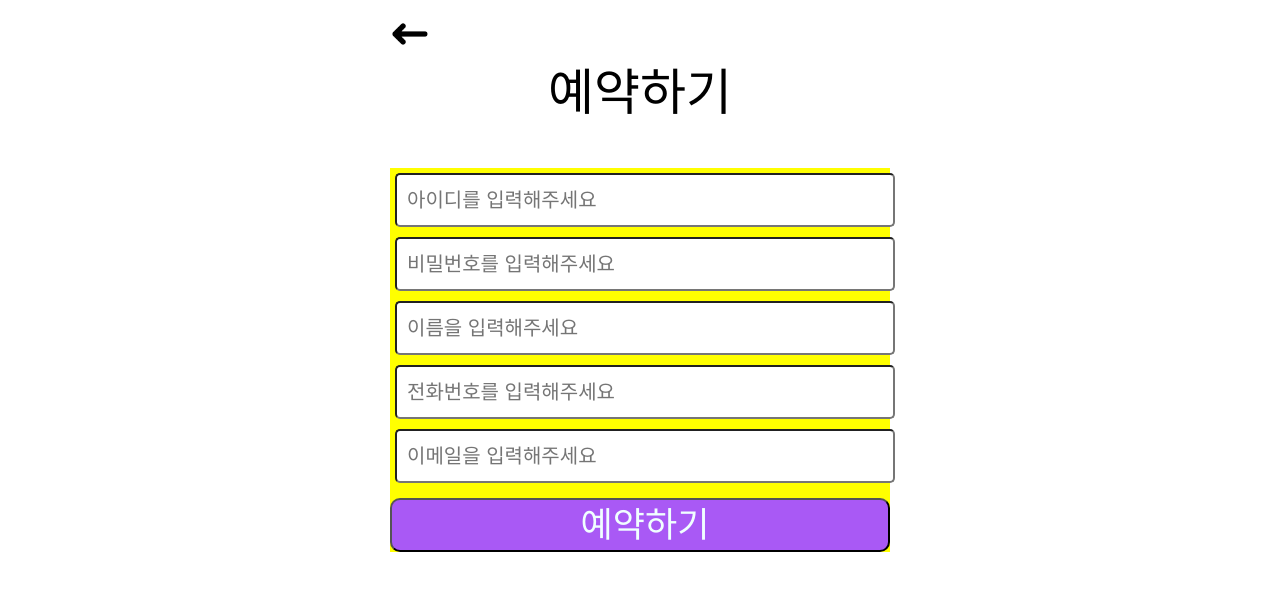
Repository: jaehunjeong4103/WebProject
Page: http://localhost/Web/view/reservation/reservation
These files come from the project's save history. The page is drawn as it stood at one moment and after the next save; the edit follows.
The browser window is 1280 px wide. The pictures show the whole page.
Some web fonts or font styles are not loaded; a fallback is used. The page is served by Tomcat 9.

Above is the page before, as saved 2023-06-06 01:18:22.

After the next save:
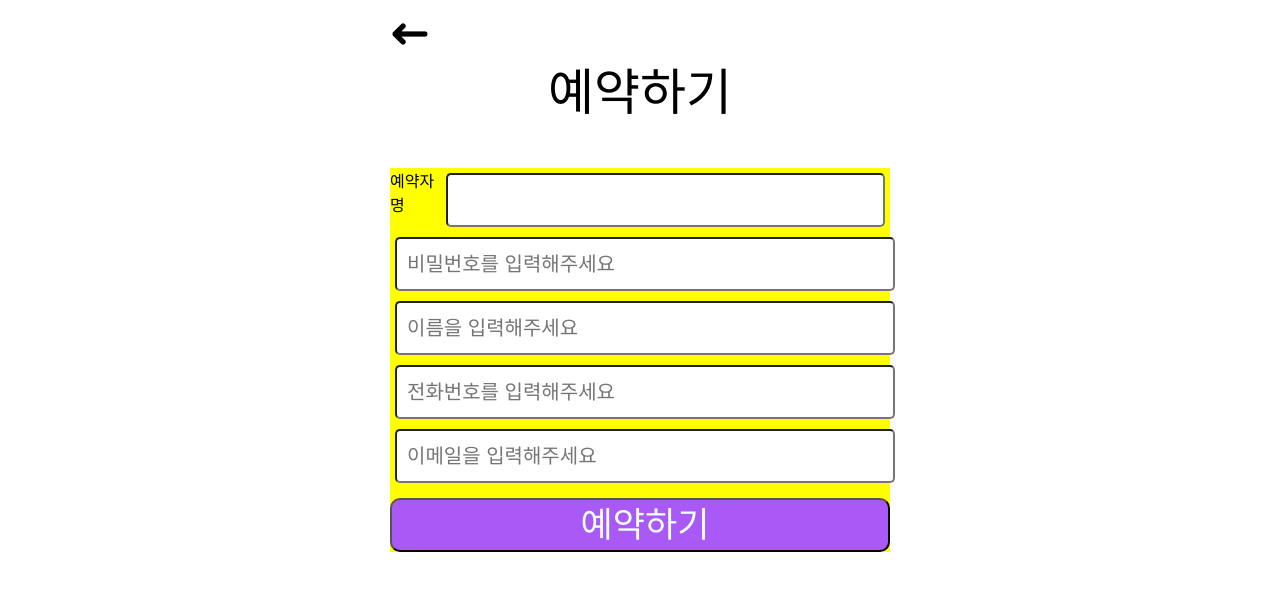
Saved 18 s later.
--- a/Web/src/main/webapp/WEB-INF/view/reservation/reservation.jsp
+++ b/Web/src/main/webapp/WEB-INF/view/reservation/reservation.jsp
@@ -20,7 +20,11 @@
 	<div id="reservation_body">
 		<form action="reservation" method="post">
 			<section>
-				<input type="text" placeholder="아이디를 입력해주세요" class="input_text id" name="ID" value="${chkId}" readonly>
+				<div class="input">
+					<span>예약자명</span>
+					<input type="text" placeholder="" class="input_text id" name="ID" value="${chkId}" readonly>
+				</div>
+
 				<input type="text" placeholder="비밀번호를 입력해주세요" class="input_text password" name="PASSWORD" readonly>
 			  <input type="text" placeholder="이름을 입력해주세요" class="input_text name" name="NAME" readonly>
 				<input type="text" placeholder="전화번호를 입력해주세요" class="input_text phone" name="PHONE" readonly>
